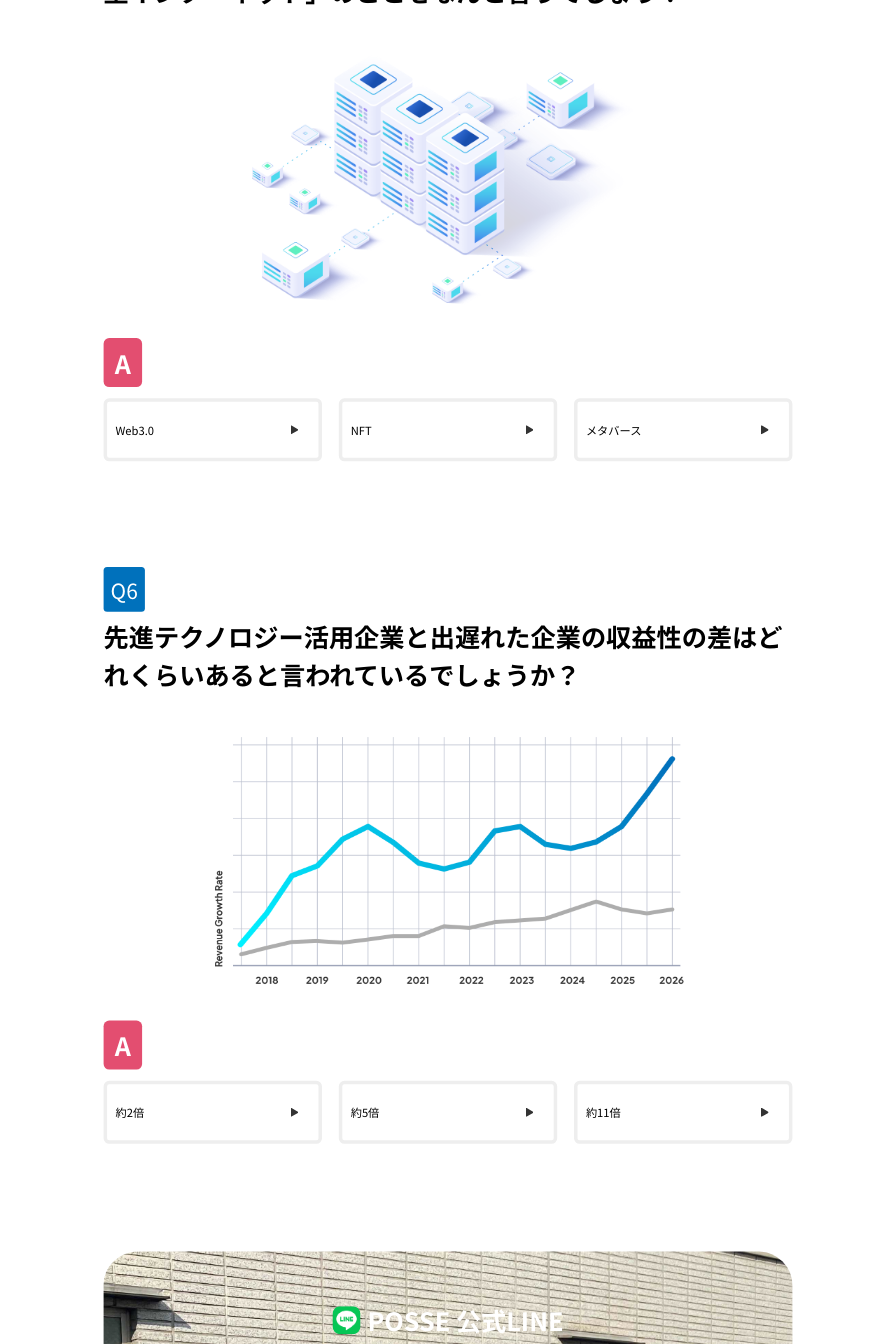
Repository: posse-ap/gen3.0-yurietanaka
Page: ph1-web-quiz/index.html
These files come from the project's save history. The page is drawn as it stood at one moment and after the next save; the edit follows.
The browser window is 1280 px wide. The pictures show the part of the page from y = 4580 to 6500 px (the page is 7059 px tall), at 70% of full size.

Above is the page before, as saved 2022-09-02 15:24:58.

After the next save:
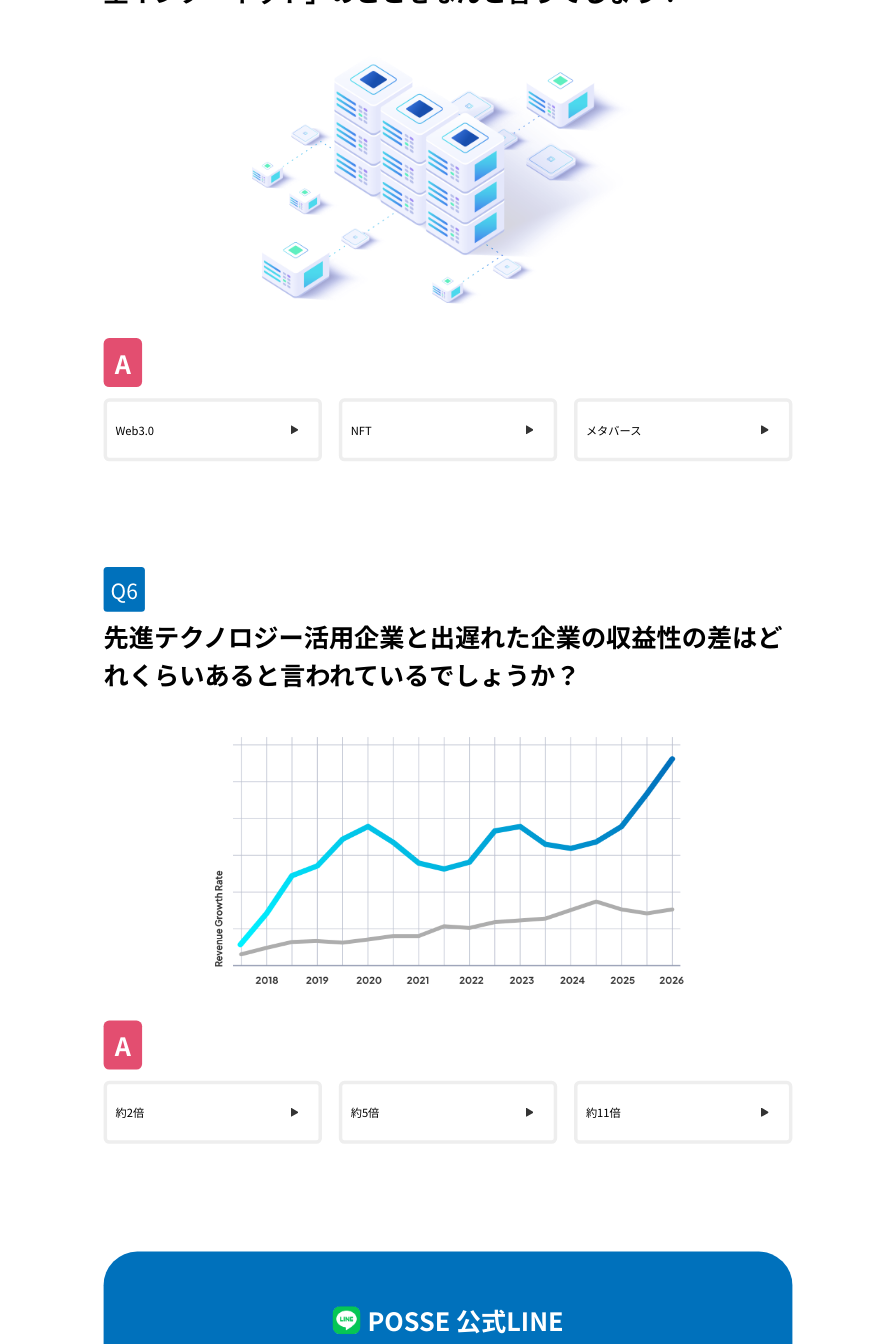
Saved 12 s later.
--- a/ph1-web-quiz/style.css
+++ b/ph1-web-quiz/style.css
@@ -256,7 +256,7 @@
 flex-direction: column;
 align-items: center;
 justify-content: center;
-background-image: url(./assets-ph1-website-main\ 2/img/bg-line.jpg);
+background-image: url(./assets-ph1-website-main\ 2/img/bg-line.jpg) wod;
 }
 .p-line-body-inner{
 display: flex;

After the 5 saves that followed:
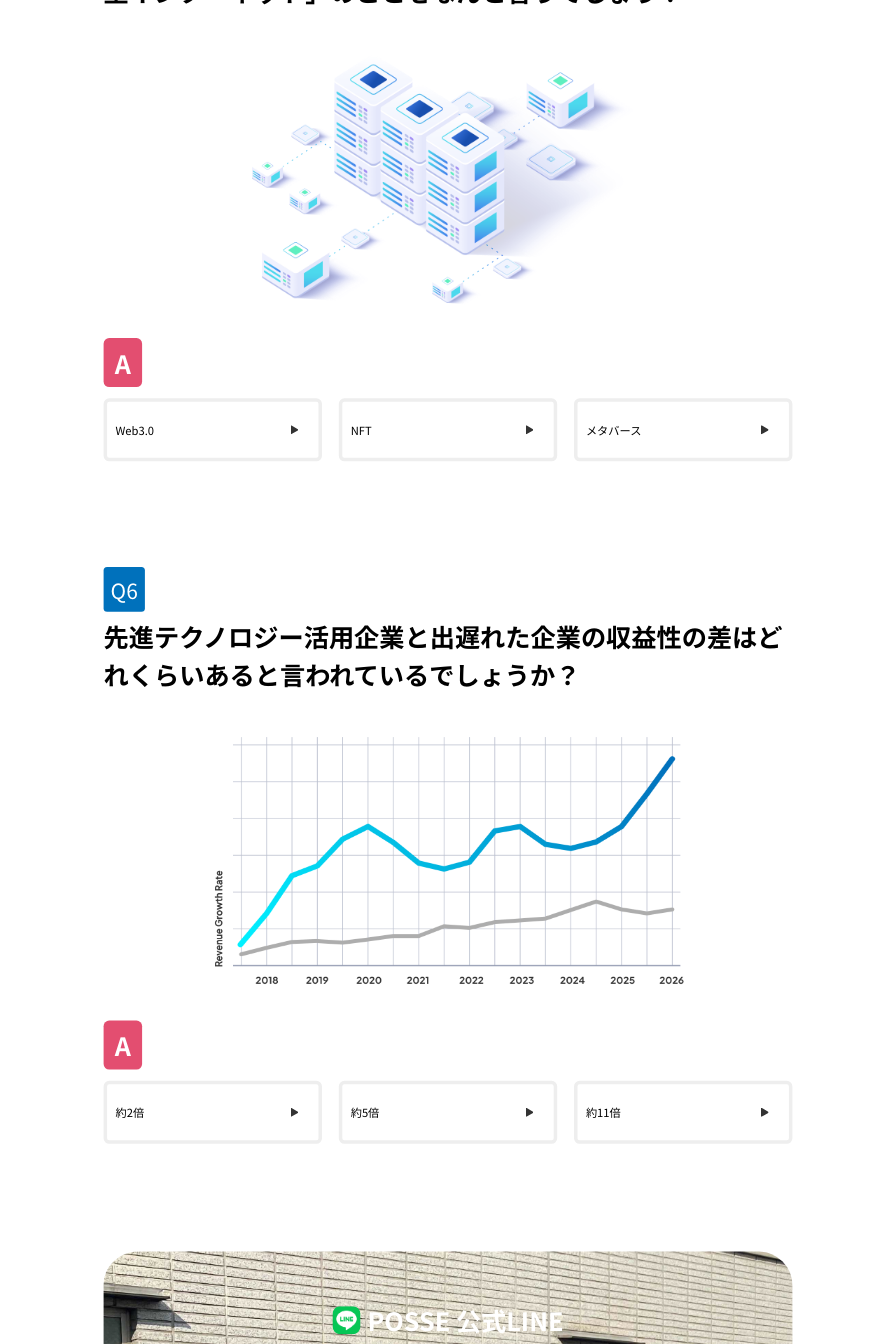
The 5 saves are shown as one change because 4 left the picture as it was.
The last was saved 15 s later.
--- a/ph1-web-quiz/style.css
+++ b/ph1-web-quiz/style.css
@@ -256,7 +256,8 @@
 flex-direction: column;
 align-items: center;
 justify-content: center;
-background-image: url(./assets-ph1-website-main\ 2/img/bg-line.jpg) wod;
+background-image: url(./assets-ph1-website-main\ 2/img/bg-line.jpg) ;
+ba
 }
 .p-line-body-inner{
 display: flex;
